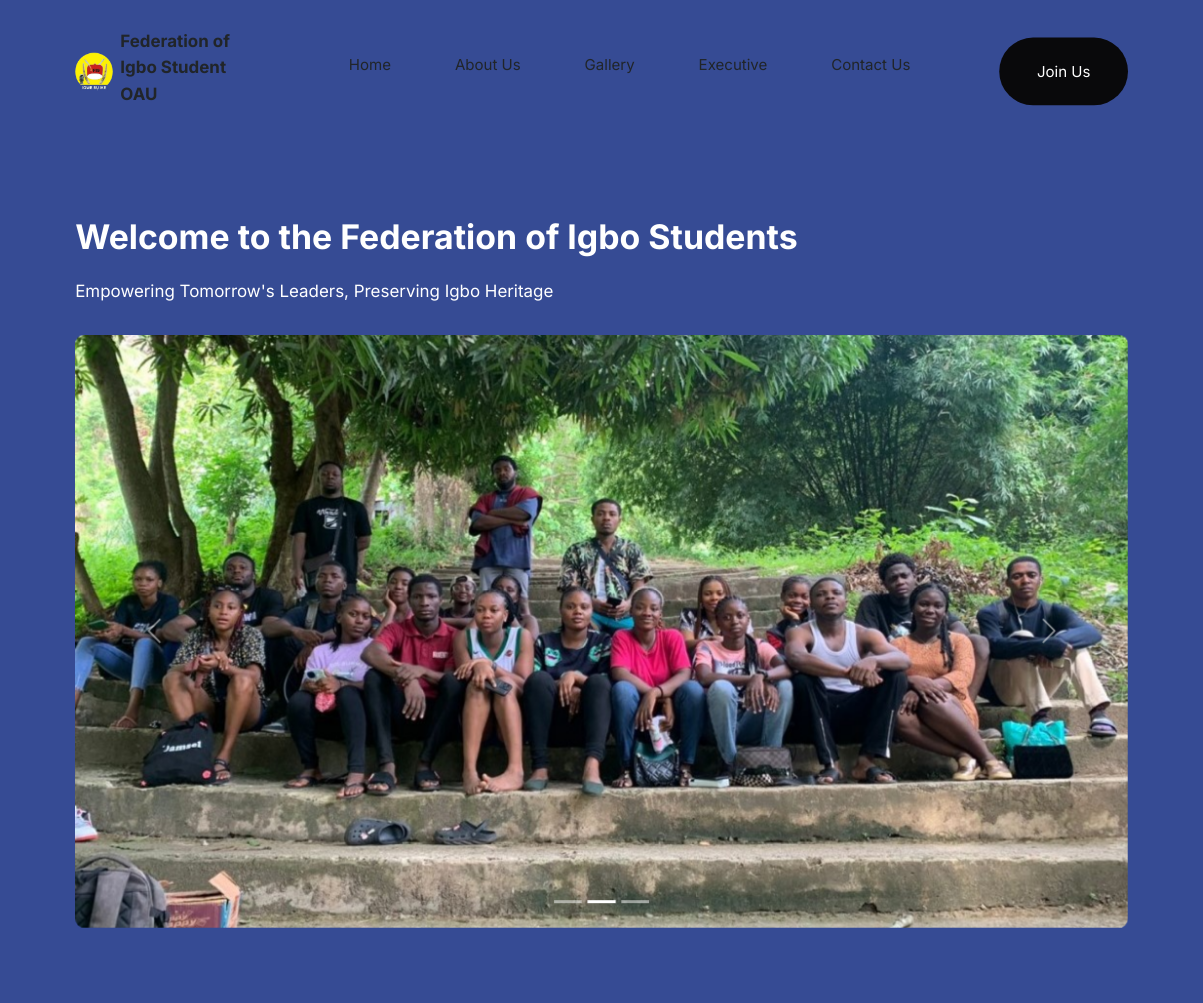
Repository: akinolapo/fis
Page: /
These files come from the project's save history. The page is drawn as it stood at one moment and after the next save; the edit follows.
The browser window is 1280 px wide. The pictures show the whole page, at 94% of full size.
The project was rebuilt for these pictures with package versions that can differ from the ones it lists, and the page was loaded fresh each time. The framework's server and built-in components were replaced by stand-ins that run in the browser. Also part of the build but not shown: next.config.mjs.

Above is the page before, as saved 2024-05-05 15:57:21.

### app/layout.tsx
import type { Metadata } from "next";
import { Inter } from "next/font/google";
import "./globals.css";
import Header from "./components/Header/Header";



const inter = Inter({ subsets: ["latin"] });

export const metadata: Metadata = {
  title: "Federation of Igbo Student OAU",
  description: "Federation of Igbo Student OAU",
};

export default function RootLayout({
  children,
}: Readonly<{
  children: React.ReactNode;
}>) {
  return (
    <html lang="en">
      <body className={inter.className}>
        <Header/>
        {children}
        </body>
    </html>
  );
}

### app/page.tsx
import Hero from "./components/Hero/Hero";

export default function Home() {
  return (
    <main>
      <Hero/>
    </main>
  );
}

### app/globals.css
@tailwind base;
@tailwind components;
@tailwind utilities;z

*{
  margin: 0;
  padding: 0;
}

body {
  background: #364B94 !important;
  color: #ffffff;
  padding: 0 80px;
}

@layer utilities {
  .text-balance {
    text-wrap: balance;
  }
}

### app/components/Header/Header.tsx

const Header = () => {
  return (
    <header className="flex justify-between items-center py-4 text-whitez">
      {/* Logo and Site Title */}
      <div className="flex items-center">
        <img src="/logo.png" alt="Logo" className="w-10 h-10 mr-2" />
        <h1 className="text-lg font-bold">Federation of <br></br>Igbo Student<br></br> OAU</h1>
      </div>

      {/* Menu */}
      <nav className="flex justify-center flex-grow">
        <ul className="flex gap-1">
          <li className="cursor-pointer hover:text-gray-400 p-8">Home</li>
          <li className="cursor-pointer hover:text-gray-400 p-8">About Us</li>
          <li className="cursor-pointer hover:text-gray-400 p-8">Gallery</li>
          <li className="cursor-pointer hover:text-gray-400 p-8">Executive</li>
          <li className="cursor-pointer hover:text-gray-400 p-8">Contact Us</li>
        </ul>
      </nav>

      {/* Join Us Button */}
      <button className="rounded-full py-4 px-10 bg-zinc-950 hover:bg-black text-white">
        Join Us
      </button>
    </header>
  );
};

export default Header;

### app/components/Hero/Hero.tsx
import Image from "next/image";
import Slider from "../Slider/Slider";

const Hero = () => {
  return (
    <div className="text-white py-20">
      <h2 className="text-4xl font-bold mb-4">
        Welcome to the Federation of Igbo Students
      </h2>
      <p className="text-lg mb-8">
        Empowering Tomorrow's Leaders, Preserving Igbo Heritage
      </p>
      <Slider/>
    </div>
  );
};

export default Hero;

### app/components/Slider/Slider.tsx
'use client'
import { Carousel } from 'react-bootstrap'
import Image from 'next/image'

import './slider.css'
import './bootstrap.min.css';

const Slider = () => {
  return (
    <section className="slider-head">
      <Carousel className="slider" pause={false} interval={4000}>
        <Carousel.Item className="sliderWrapper">
          <div className="slideImg">
            <Image
              src="/images/hero.jpeg"
              alt="promotion"
              width={720}
              height={480}
              className="imageOverlay"
            />
          </div>
        </Carousel.Item>

        <Carousel.Item className="sliderWrapper">
          <div className="slideImg">
            <Image
              src="/images/hero.jpeg"
              alt="promotion"
              width={720}
              height={480}
              className="imageOverlay"
            />
          </div>
        </Carousel.Item>

        <Carousel.Item className="sliderWrapper">
          <div className="slideImg">
            <Image
              src="/images/hero.jpeg"
              alt="promotion"
              width={720}
              height={480}
              className="imageOverlay"
            />
          </div>
        </Carousel.Item>
      </Carousel>
    </section>
  )
}

export default Slider

### app/components/Slider/slider.css
/* slider.css */

.slider {
    position: relative;
  }


  .slideImg {
    position: relative;
  }

  .imageOverlay {
    width: 100%;
    height: auto;
    border-radius: 10px;
  }

Loaded but not shown: app/components/Slider/bootstrap.min.css (library); tailwind.config.ts (common file)

After the next save:
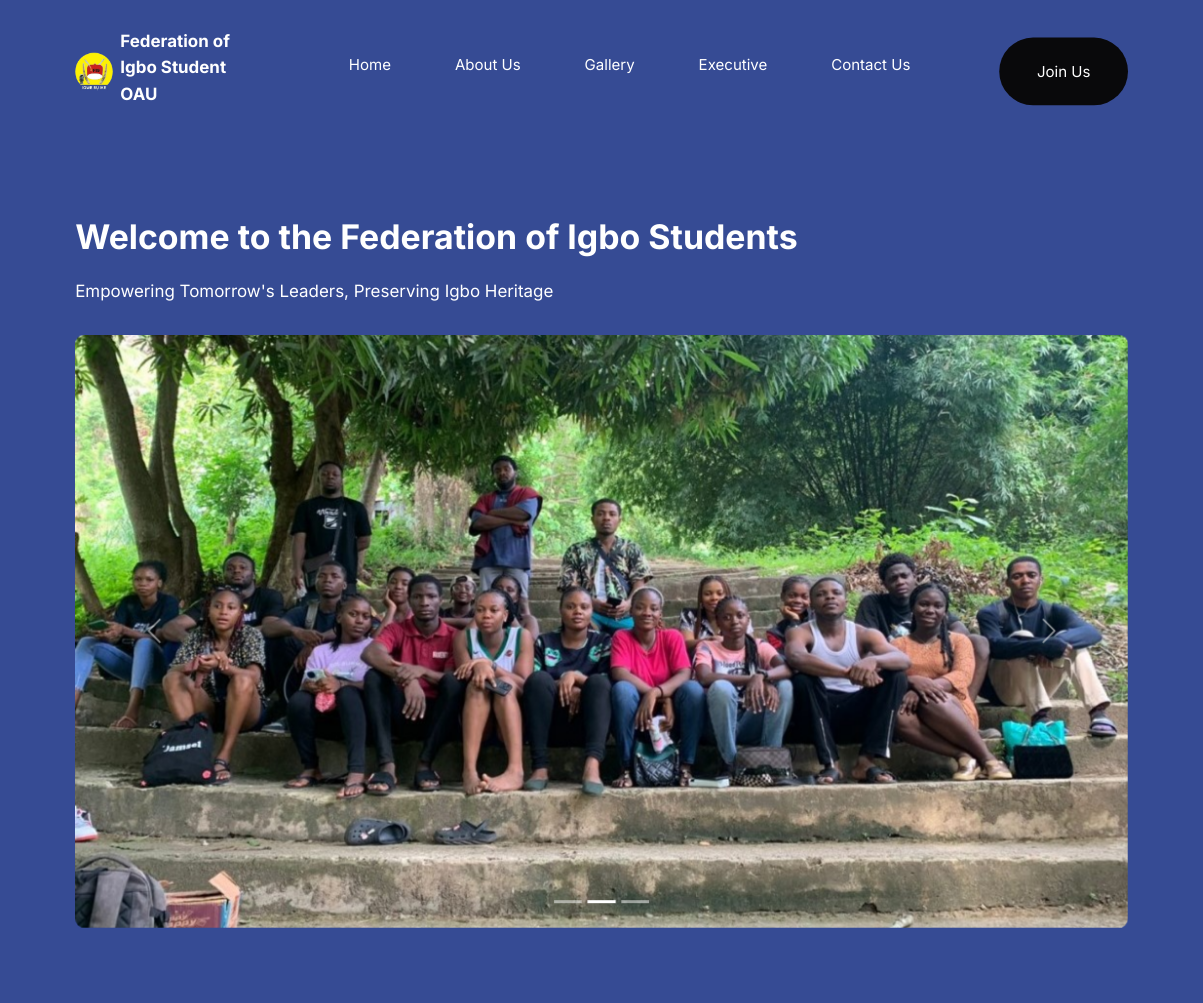
Saved 4 min 2 s later.
--- a/app/components/Header/Header.tsx
+++ b/app/components/Header/Header.tsx
@@ -1,7 +1,7 @@
 
 const Header = () => {
   return (
-    <header className="flex justify-between items-center py-4 text-whitez">
+    <header className="flex justify-between items-center py-4 text-white">
       {/* Logo and Site Title */}
       <div className="flex items-center">
         <img src="/logo.png" alt="Logo" className="w-10 h-10 mr-2" />
